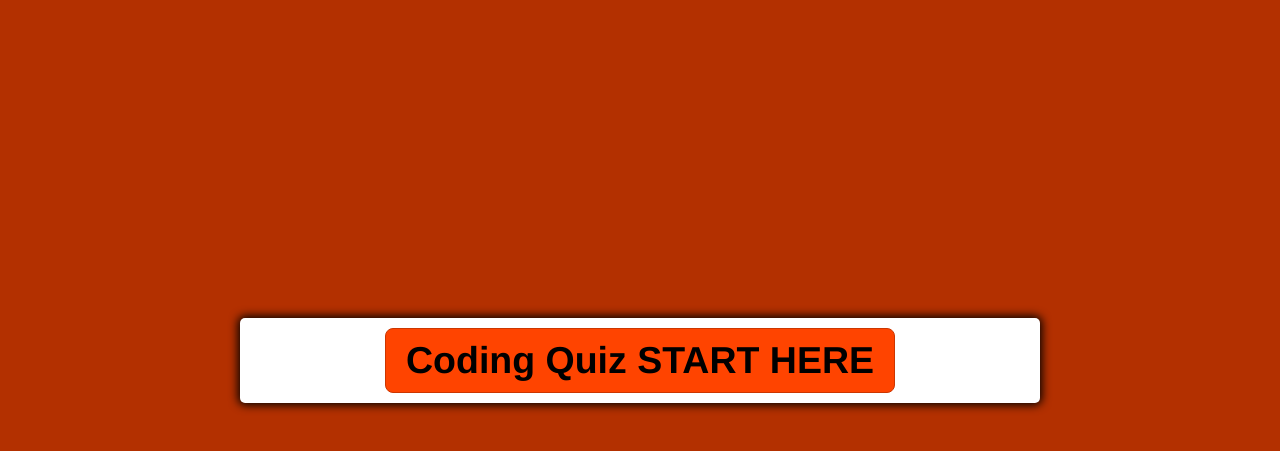
Repository: Vshepard879/Code-Quiz
Page: index.html
These files come from the project's save history. The page is drawn as it stood at one moment and after the next save; the edit follows.
The browser window is 1280 px wide. The pictures show the whole page.

Above is the page before, as saved 2022-03-18 05:40:17.

After the next save:
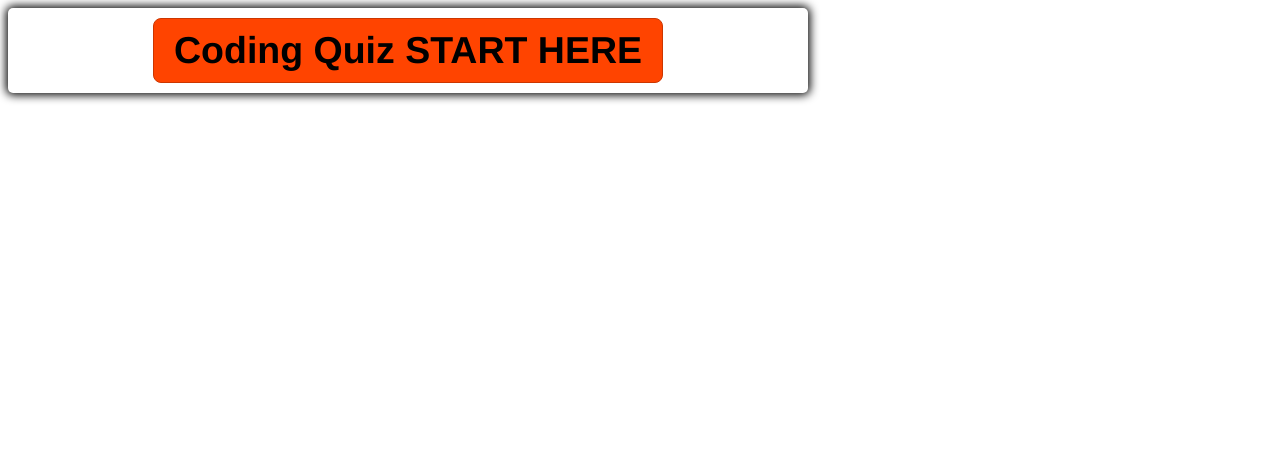
Saved 45 s later.
--- a/assets/css/style.css
+++ b/assets/css/style.css
@@ -9,7 +9,7 @@
     --hue-wrong: 0;
     --hue-correct: 145;
 }
- body {
+ body.container {
     --hue: var(--hue-neutral);
     padding: 0;
     margin: 0;
